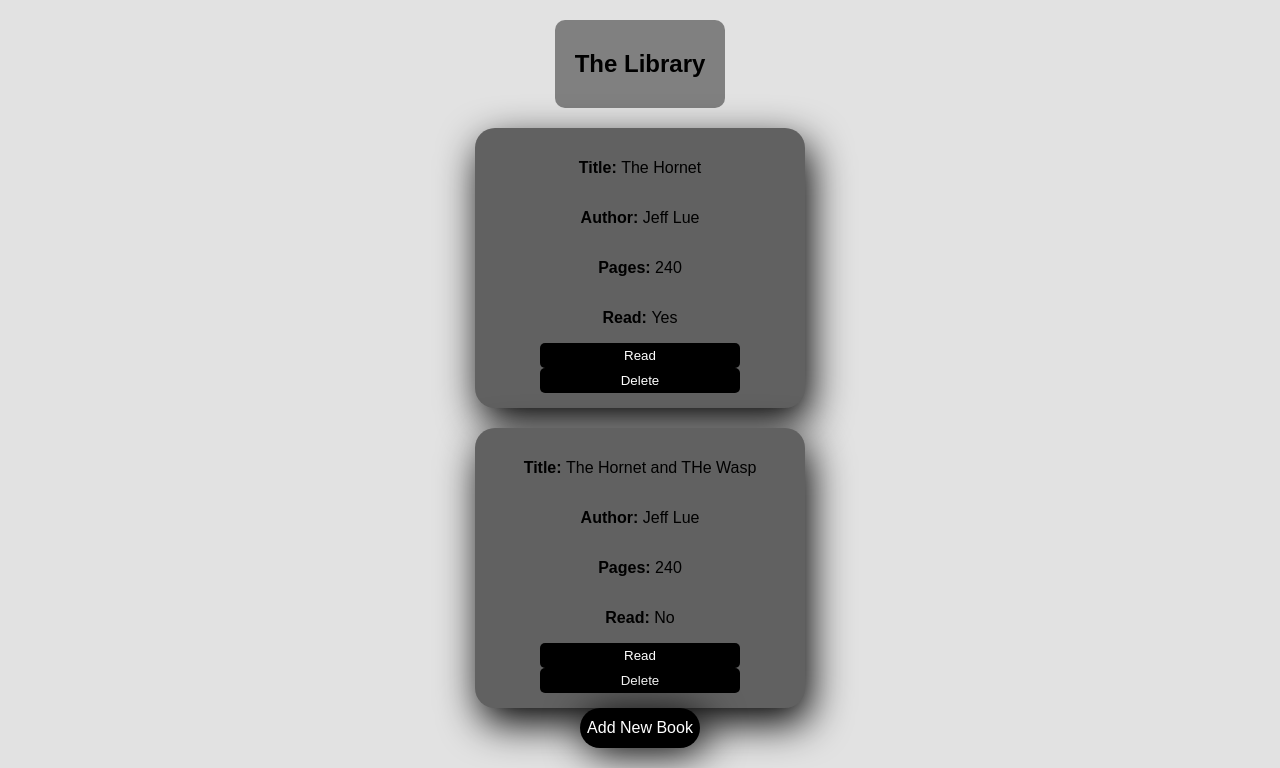
Repository: ErvinClay13/Library
Page: index.html
The author's editor kept a copy of each file at every save. The page is drawn from the files as they stood at one save, then again after the next save.
The browser window is 1280 px wide. The pictures show the whole page.

Above is the page before, as saved 2025-01-11 05:08:15.

### index.html
<!DOCTYPE html>
<html lang="en">
<head>
    <meta charset="UTF-8">
    <meta name="viewport" content="width=device-width, initial-scale=1.0">
    <link rel="stylesheet" href="style.css">
    <link
      rel="icon"
      type="image/png"
      sizes="32x32"
      href="images/myLogo.png"
    />
    <title>The Library</title>
</head>
<body>
    <div class="container">
        <div class="heading">
            <h2>The Library</h2>
        </div>

            <div class="content" id="content"></div>

            <dialog id="myDialog">
                <div class="input">
                <form method="dialog" id="form">
                    <label for="title">Title</label>
                    <input type="text"
                           id="title"
                           name="title"
                           required>

                    <label for="author">Author</label>
                    <input type="text"
                           id="author"
                           name="author"
                           required>

                    <label for="pages">Pages</label>
                    <input type="number"
                           id="pages"
                           name="pages"
                           required>

                    <label for="read">Read</label>
                    <input type="checkbox"
                           name="read"
                           id="isRead">

                    <button type="submit" id="submit">Submit</button>
                    <div class="cancel" id="cancel">Cancel</div>


                </form>
            </div>
        </dialog>
        <footer><button id="addBook">Add New Book</button></footer>
    </div>

    <script src="script.js"></script>
</body>
</html>

### style.css
body {
    display: flex;
    justify-content: center;
    align-items: center;
    flex-direction: column;
    /* background-color: white; */
    background-color: rgb(226, 226, 226);
    margin: 0;
    font-family: Arial, sans-serif;
}

.container {
    display: flex;
    flex-direction: column;
    align-items: center;
    padding: 20px;
}

.heading {
    display: flex;
    justify-content: space-between;
    justify-content: center;
    background-color: gray;
    /* background-color: #42669df5; */
    box-shadow: 5px 5px 40px black
    width: 100%;
    max-width: 800px;
    padding: 10px 20px;
    border-radius: 10px;
    margin-bottom: 20px;
}

#addBook {
    /* background-color: #03409af5; */
    background-color: black;
    box-shadow: 5px 5px 40px black;
    height: 40px;
    width: 120px;
    border-radius: 20px;
    border: none;
    font-size: 16px;
    color: white;
    cursor: pointer;
}

#addBook:hover {
    transform: scale(1.1);
    box-shadow: 2px 5px 40px black;
}

#content {
    display: flex;
    flex-wrap: wrap;
    gap: 20px;
    justify-content: center;
    width: 100%;
}

.card {
    display: flex;
    flex-direction: column;
    justify-content: space-between;
    text-align: center;
    border-radius: 20px;
    padding: 15px;
    /* background-color: #42669df5; */
    background-color: rgb(97, 97, 97);
    width: 100%;
    max-width: 300px;
    /* box-shadow: 5px 15px 40px #0055d4f5; */
    box-shadow: 5px 15px 40px black;
    align-items: center;
}

.card-details {
    margin-bottom: 10px;
}

.read, .delete {
    flex: 1;
    padding: 5px 10px;
    border: none;
    border-radius: 5px;
    color: white;
    background-color: black;
    /* background-color: #03409af5; */
    cursor: pointer;
    width: 200px;
}

.read:hover, .delete:hover {
    background-color: #254a81f5;
}

.read:active, .delete:active {
    background-color: #42669df5;
}

dialog {
    background-color: #fefefe;
    padding: 20px;
    border: none;
    border-radius: 10px;
    box-shadow: 0px 5px 15px rgba(0, 0, 0, 0.5);
}

form {
    display: flex;
    flex-direction: column;
    gap: 10px;
}

input[type="text"], input[type="number"] {
    padding: 5px;
    border-radius: 5px;
    border: 1px solid #ccc;
}

button {
    cursor: pointer;
}

/* Responsive Styles */
@media (max-width: 768px) {
    .heading {
        flex-direction: column;
        align-items: center;
    }

    #content {
        gap: 15px;
    }

    .card {
        max-width: 100%;
    }
}

### script.js
const dialog = document.getElementById('myDialog');
const form = document.getElementById('form');
const content = document.getElementById('content');
const submit = document.getElementById('submit');
const addBook = document.getElementById('addBook');
const cancel = document.getElementById('cancel');

const myLibrary = [];

const theHornet = new Book('The Hornet', 'Jeff Lue', 240, true);
const theHornetAndTheWasp = new Book('The Hornet and THe Wasp', 'Jeff Lue', 240, false);

myLibrary.push(theHornet);
myLibrary.push(theHornetAndTheWasp);


function Book(title, author, pages, read) {
    this.title = title;
    this.author = author;
    this.pages = pages;
    this.read = read;
}

Book.prototype.info = function() {
    return `${this.title} ${this.author} ${this.pages} ${this.read}`;
}


Book.prototype.toggleRead = function() {
    this.read = !this.read;
}



addBook.addEventListener("click", () => {
    dialog.showModal();
});

cancel.addEventListener("click", () => {
    dialog.close();
});

submit.addEventListener("click", (event) => {
    event.preventDefault();

    const title = document.getElementById('title').value;
    const author = document.getElementById('author').value;
    const pages = document.getElementById('pages').value;
    const read = document.getElementById('isRead').checked;

    const newBook = new Book(title, author, pages, read);
    myLibrary.push(newBook);

    form.reset();
    showBooks();
    dialog.close();
});

function showBooks() {

    content.innerHTML = '';

    myLibrary.forEach((book, index) => {                   //going through the array myLibrary
        const card = document.createElement('div');        //creating a new card for each book created through the modal
        card.classList.add('card');                        //adding card to the class

        card.innerHTML =                                      //creating the text that will be displayed on the card
            `<p><strong>Title: </strong>${book.title}</p>
             <p><strong>Author: </strong>${book.author}</p>
             <p><strong>Pages: </strong>${book.pages}</p>
             <p><strong>Read: </strong>${book.read ? 'Yes' : 'No'}</p>`;   //using the user input to create the new book on the card

        const deleteBtn = document.createElement('button');
        deleteBtn.classList.add('delete');
        deleteBtn.textContent = ('Delete');

        deleteBtn.addEventListener("click", () => {
            myLibrary.splice(index, 1);
            showBooks();
        });

        const read = document.createElement('button');
        read.classList.add('read');
        read.textContent = ('Read');

        read.addEventListener("click", () => {
            book.toggleRead();
            showBooks();
        });

        card.appendChild(read);
        card.appendChild(deleteBtn);
        content.appendChild(card);


    })
}

showBooks();

After the next save:
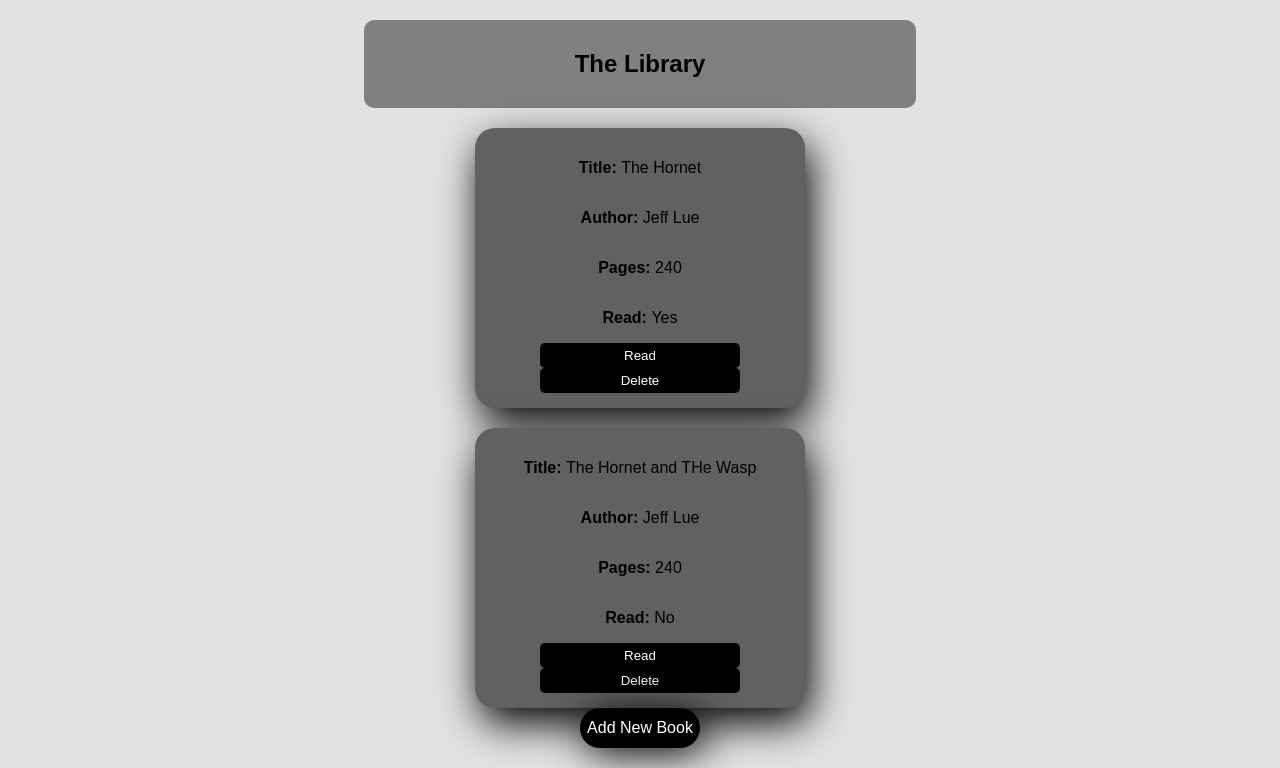
Saved 15 s later.
--- a/style.css
+++ b/style.css
@@ -22,7 +22,7 @@
     justify-content: center;
     background-color: gray;
     /* background-color: #42669df5; */
-    box-shadow: 5px 5px 40px black
+    /* box-shadow: 5px 5px 40px black */
     width: 100%;
     max-width: 800px;
     padding: 10px 20px;

After the save that followed:
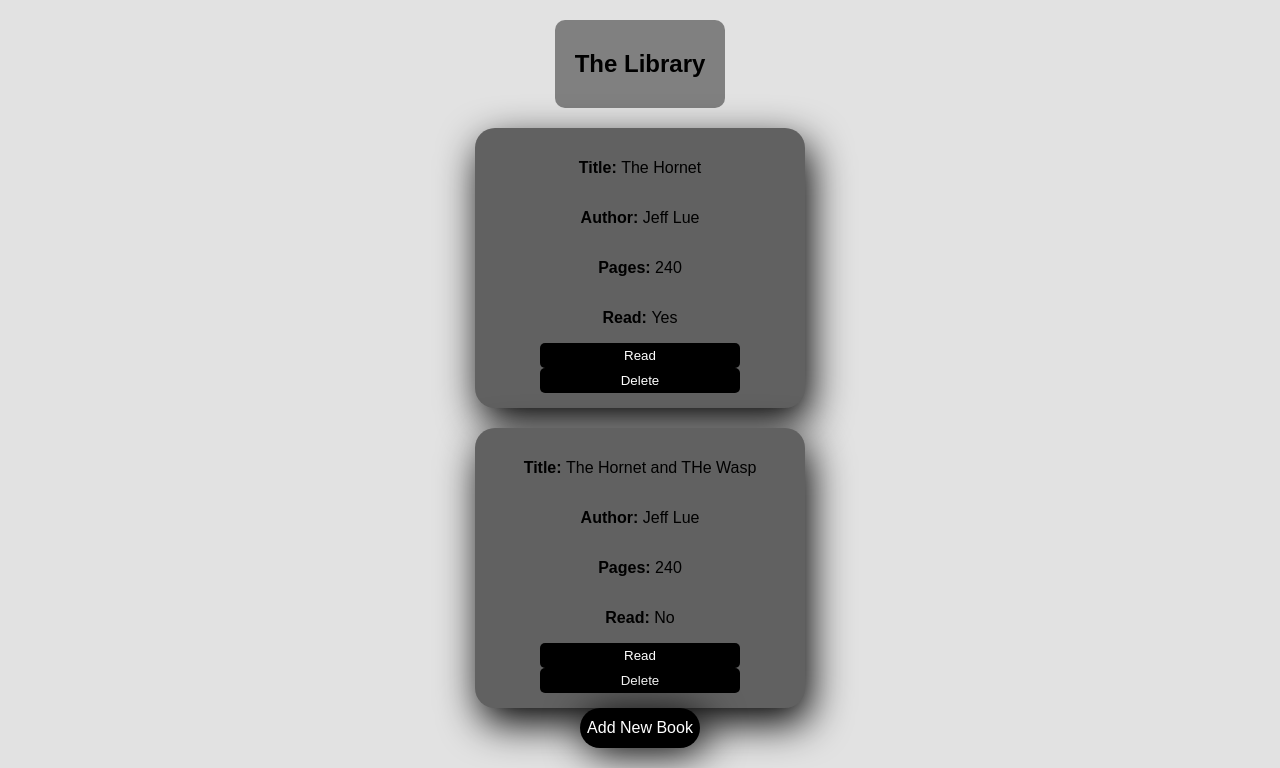
Saved 26 s later.
--- a/style.css
+++ b/style.css
@@ -22,7 +22,7 @@
     justify-content: center;
     background-color: gray;
     /* background-color: #42669df5; */
-    /* box-shadow: 5px 5px 40px black */
+    box-shadow: 5px 5px 40px black
     width: 100%;
     max-width: 800px;
     padding: 10px 20px;
